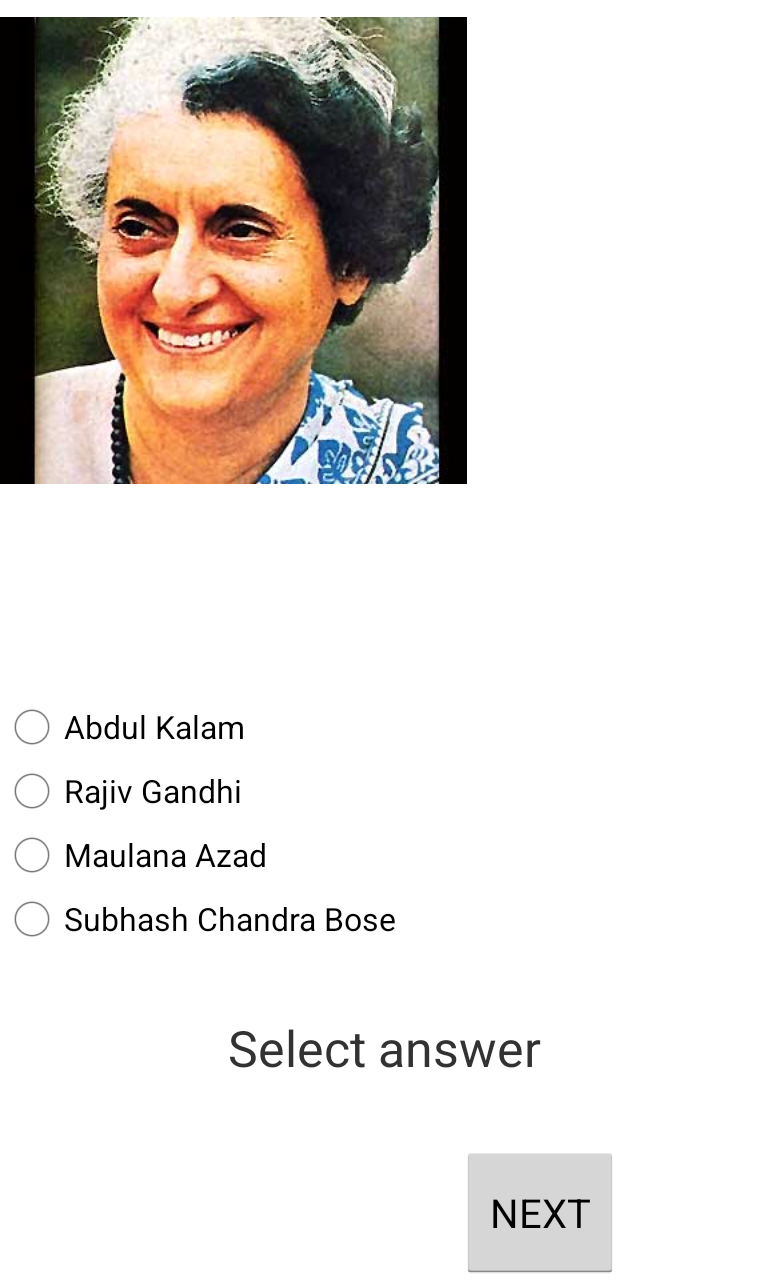
Repository: rupaligarje123/aakash
Layout: androidphotoquiz/FunChem1/photoquiz/res/layout/que6.xml
An editor plug-in stored every save of this project. The layout is shown before and after the next save, followed by the edit.
It is drawn on a 768 x 1280 px phone screen (xhdpi) without system bars, with theme AppTheme; the app's code is not run.

Above is the layout before, as saved 2013-04-18 08:37:25.

After the next save:
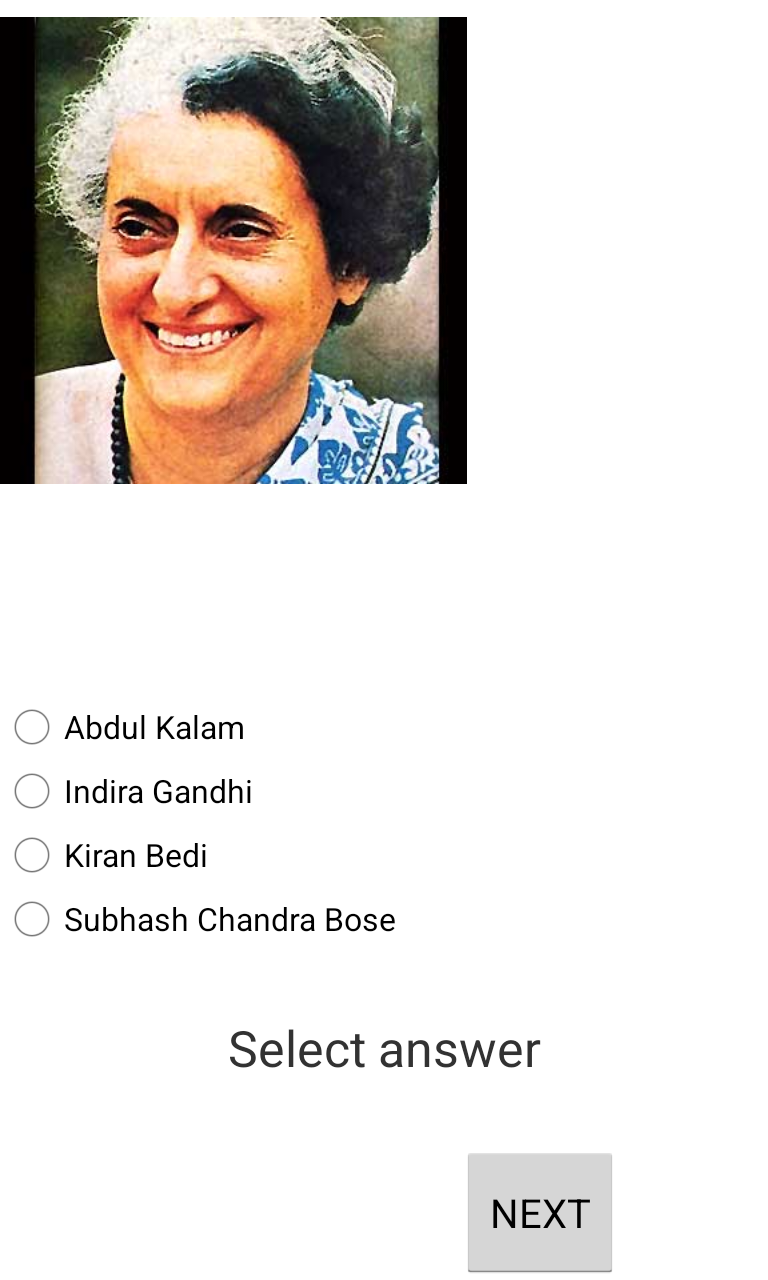
Saved 53 s later.
--- a/androidphotoquiz/FunChem1/photoquiz/res/layout/que6.xml
+++ b/androidphotoquiz/FunChem1/photoquiz/res/layout/que6.xml
@@ -37,14 +37,14 @@
         android:layout_width="match_parent"
         android:layout_height="0dp"
         android:layout_weight="1"
-        android:text="Rajiv Gandhi" />
+        android:text="Indira Gandhi" />
 
     <RadioButton
         android:id="@+id/rd603"
         android:layout_width="match_parent"
         android:layout_height="0dp"
         android:layout_weight="1"
-        android:text="Maulana Azad" />
+        android:text="Kiran Bedi" />
 
     <RadioButton
         android:id="@+id/rd604"
